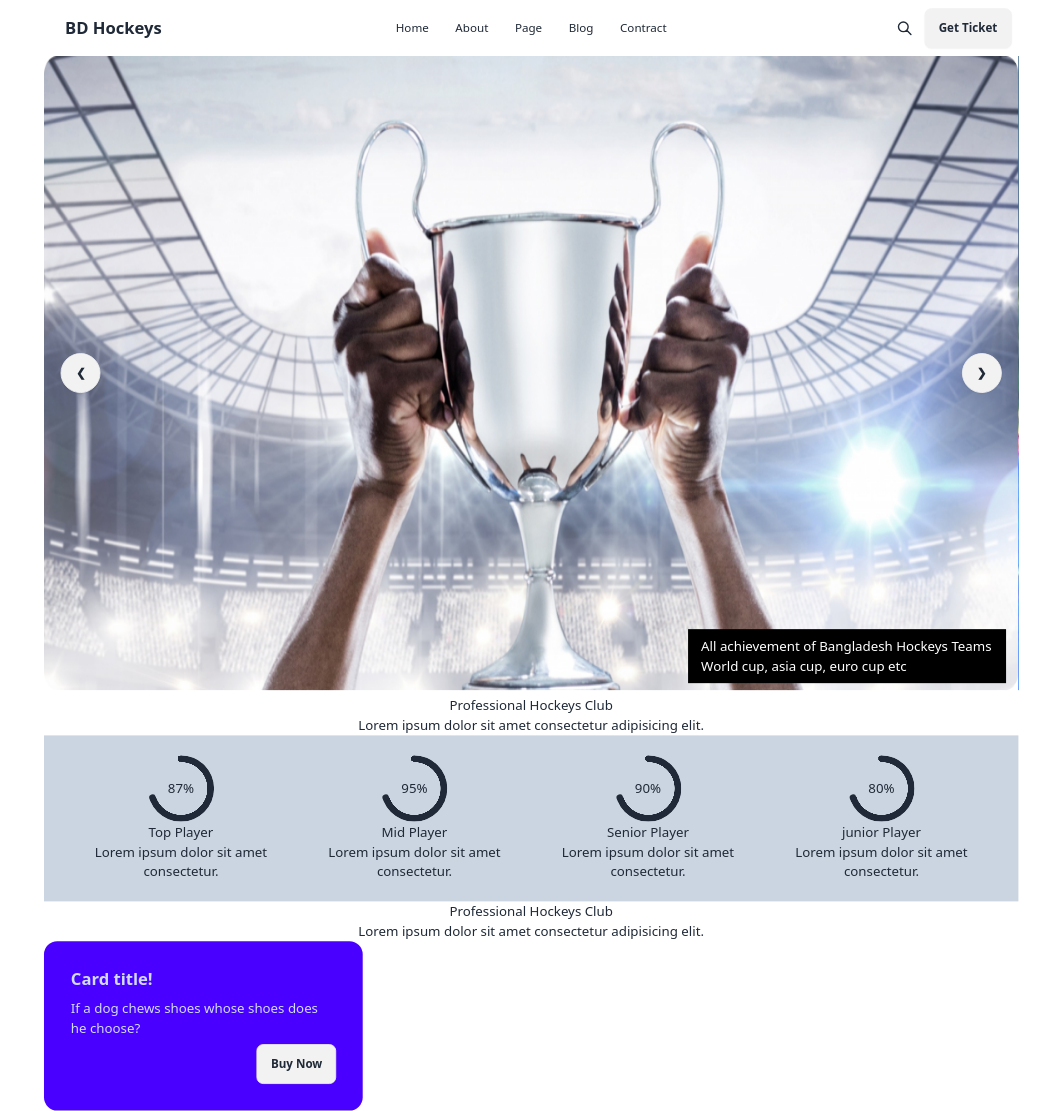
Repository: sumonkumarsarkar/bd-hockeys-team
Page: index.html
An editor plug-in stored every save of this project. The page is shown before and after the next save, followed by the edit.
The browser window is 1280 px wide. The pictures show the whole page, at 83% of full size.
Some web libraries are served in a nearby version.

Above is the page before, as saved 2024-01-23 15:52:16.

After the next save:
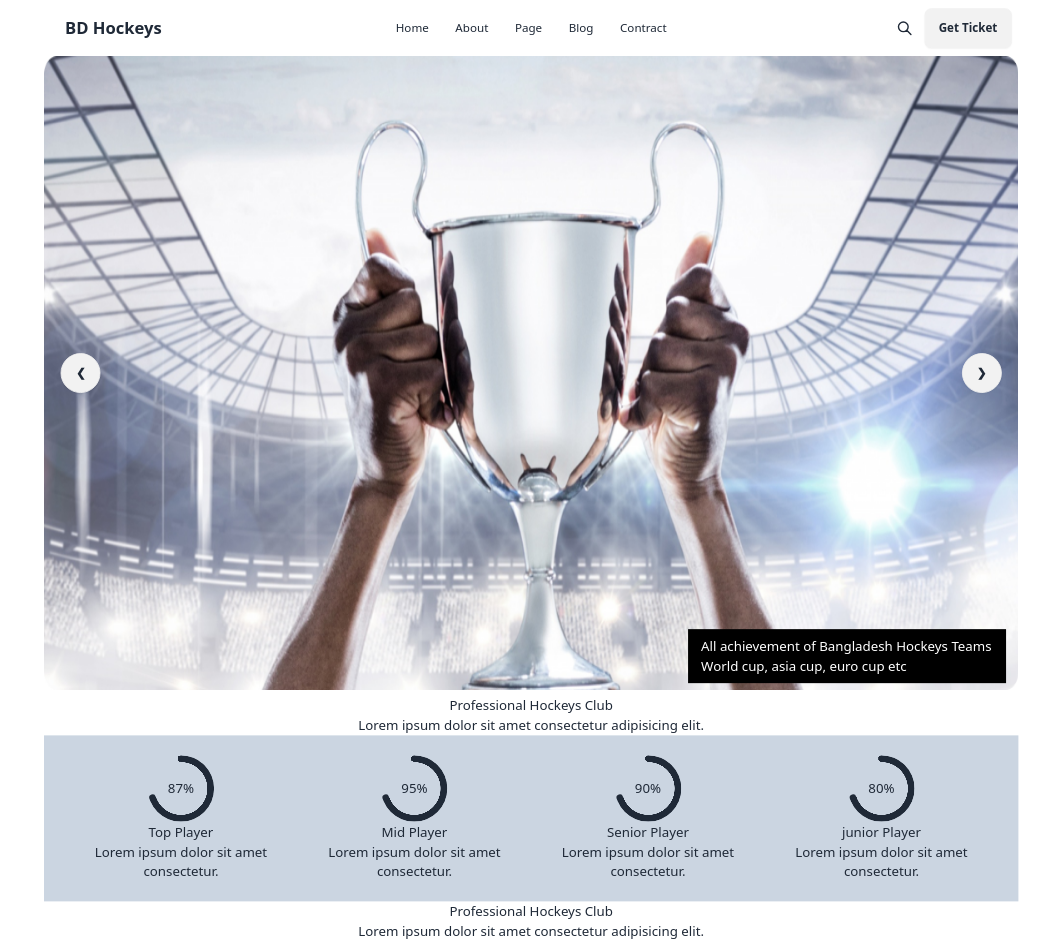
Saved 50 s later.
--- a/index.html
+++ b/index.html
@@ -144,15 +144,9 @@
  <!-- banner part  -->
 <div class="flex">
 
-    <div class="card w-96 bg-primary text-primary-content">
+    <div class="bg-[url('./Images/2.png') w-full h-full]">
 
-        <div class="card-body">
-          <h2 class="card-title">Card title!</h2>
-          <p>If a dog chews shoes whose shoes does he choose?</p>
-          <div class="card-actions justify-end">
-            <button class="btn">Buy Now</button>
-          </div>
-        </div>
+
       </div>
 
 </div>
